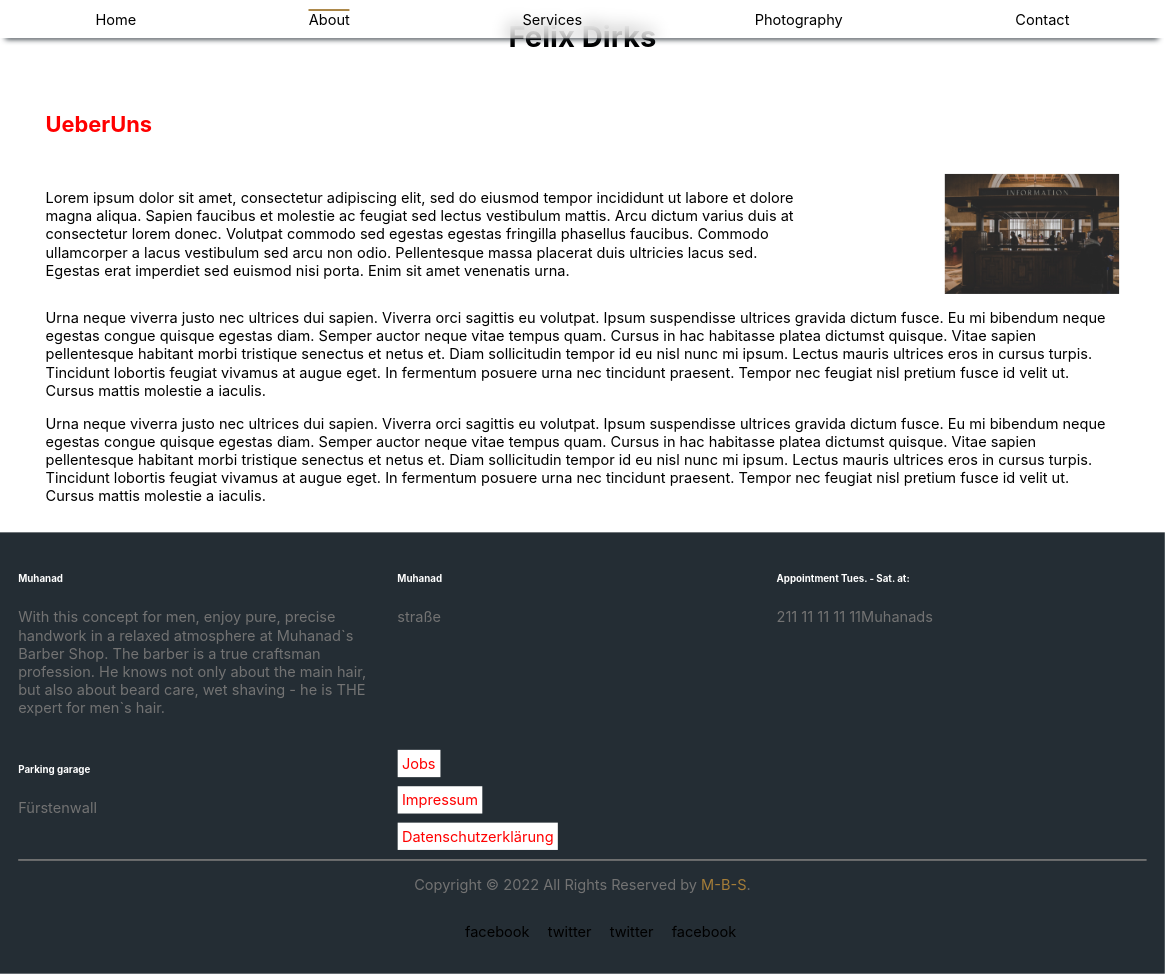
Repository: muhanad-musawi/backend-projekt-frondend
Page: /About (app in pohtographer/)
The author's editor kept a copy of each file at every save. The page is drawn from the files as they stood at one save, then again after a run of saves.
The browser window is 1280 px wide. The pictures show the whole page, at 91% of full size.
The project was rebuilt for these pictures with package versions that can differ from the ones it lists, and the page was loaded fresh each time. The framework's server and built-in components were replaced by stand-ins that run in the browser. Also part of the build but not shown: pohtographer/next.config.js.

Above is the page before, as saved 2022-03-27 16:04:57.

### pohtographer/pages/_app.js
import '../styles/globals.css'
import Layout from '../layouts/default'

function MyApp({ Component, pageProps }) {


  const getLayout = Component.getLayout
  || ((page) => (<Layout>{page}</Layout>))

  return  getLayout (<Component {...pageProps} />


  )

}

export default MyApp

### pohtographer/pages/About.jsx

import styles from '../styles/main.module.css'
import Image from 'next/image'
import imgA from '../img/philip-strong-iOBTE2xsYko-unsplash.jpg'


function UeberUns() {
  return (
    <div>

    <div className={styles.mainContent}  >

    <h2 className={styles.hTwo} >UeberUns</h2>

    <div  className={styles.imgText} >
    <p className={styles.text} >Lorem ipsum dolor sit amet, consectetur adipiscing elit, sed do eiusmod tempor incididunt ut labore et dolore magna aliqua. Sapien faucibus et molestie ac feugiat sed lectus vestibulum mattis. Arcu dictum varius duis at consectetur lorem donec. Volutpat commodo sed egestas egestas fringilla phasellus faucibus. Commodo ullamcorper a lacus vestibulum sed arcu non odio. Pellentesque massa placerat duis ultricies lacus sed. Egestas erat imperdiet sed euismod nisi porta. Enim sit amet venenatis urna.
    </p>
    <Image width={192}  height={118} src={imgA} alt="" />
    </div>

    <p  className={styles.text}>Urna neque viverra justo nec ultrices dui sapien. Viverra orci sagittis eu volutpat. Ipsum suspendisse ultrices gravida dictum fusce. Eu mi bibendum neque egestas congue quisque egestas diam. Semper auctor neque vitae tempus quam. Cursus in hac habitasse platea dictumst quisque. Vitae sapien pellentesque habitant morbi tristique senectus et netus et. Diam sollicitudin tempor id eu nisl nunc mi ipsum. Lectus mauris ultrices eros in cursus turpis. Tincidunt lobortis feugiat vivamus at augue eget. In fermentum posuere urna nec tincidunt praesent. Tempor nec feugiat nisl pretium fusce id velit ut. Cursus mattis molestie a iaculis.</p>

    <p className={styles.text}>
    Urna neque viverra justo nec ultrices dui sapien. Viverra orci sagittis eu volutpat. Ipsum suspendisse ultrices gravida dictum fusce. Eu mi bibendum neque egestas congue quisque egestas diam. Semper auctor neque vitae tempus quam. Cursus in hac habitasse platea dictumst quisque. Vitae sapien pellentesque habitant morbi tristique senectus et netus et. Diam sollicitudin tempor id eu nisl nunc mi ipsum. Lectus mauris ultrices eros in cursus turpis. Tincidunt lobortis feugiat vivamus at augue eget. In fermentum posuere urna nec tincidunt praesent. Tempor nec feugiat nisl pretium fusce id velit ut. Cursus mattis molestie a iaculis.
    </p>

  </div>

  </div>
  )
}

export default UeberUns

### pohtographer/styles/globals.css
html,
body {
  padding: 0;
  margin: 0;
  font-family: -apple-system, BlinkMacSystemFont, Segoe UI, Roboto, Oxygen,
    Ubuntu, Cantarell, Fira Sans, Droid Sans, Helvetica Neue, sans-serif;
}

a {
  color: inherit;
  text-decoration: none;
}

* {
  box-sizing: border-box;
}

### pohtographer/layouts/default.jsx

import Header from '../components/Header'

import Footer from '../components/Footer'
import Head from 'next/head'


function Layout ({children}) {
  return (
    <div>
       <Header/>
       <Head>
        <title>my-App</title>
        <meta name="description" content="Generated by create next app" />
        <link rel="icon" href="/favicon.ico" />
      </Head>
      {children}
      <Footer/>
    </div>
  )
}

export default Layout

### pohtographer/styles/main.module.css


.mainContent{
  margin: 30px 50px;
}

.hTwo {
  color: red;
  margin: 40px 0px;
}

.text{
  text-align: left;


}

.imgText{
  display: flex;
  justify-content: space-between;
}

.imgText p {
  width: 70%;
 }

### pohtographer/components/Header.jsx
import Link from 'next/link'
import Image from 'next/image'
import home from '../img/home.svg'
import about from '../img/about.svg'
import service from '../img/service.svg'
import experience from '../img/experience.svg'
import contact from '../img/contact.svg'

import styles from '../styles/Header.module.css'
import { useRouter } from "next/router";



function Header() {

  const router = useRouter();

  return (
    <div className={styles.navbarCenter} >
      <h1 className={styles.logoName}>Felix Dirks</h1>
    <div className={styles.headerLinks}>

        <Link href="/">
          <a className={router.pathname == "/" ? styles.active : ""}><span className={styles.desktopVersion}>Home</span>
        <span className={styles.mobileVersion}>

          <span className={styles.img}> <Image  src={home} alt="home" /></span>


        </span></a>
        </Link>

        <Link href="/About">
          <a className={router.pathname == "/About" ? styles.active : ""}>
          <span className={styles.desktopVersion}>About</span>
        <span className={styles.mobileVersion}>


        <span className={styles.img} ><Image   src={about} alt="about" /></span>

        </span>
          </a>
        </Link>

        <Link href="/Services">
          <a className={router.pathname == "/Services" ? styles.active  : ""}>
          <span className={styles.desktopVersion}>Services</span>
        <span className={styles.mobileVersion}>

          <span className={styles.img}><Image  src={service} alt="service" /></span>


        </span>
          </a>
        </Link>

        <Link href="/Photography">
          <a className={router.pathname == "/Photography" ? styles.active  : ""}>
          <span className={styles.desktopVersion}>Photography</span>
        <span className={styles.mobileVersion}>

          <span className={styles.img} > <Image  src={home} alt="home" /></span>


        </span>
          </a>
        </Link>

        <Link href="/Contact">
          <div className={router.pathname == "/Contact" ? styles.active : ""}>
          <span className={styles.desktopVersion}>Contact</span>

        <span className={styles.mobileVersion}>

          <span className={styles.img} ><Image  src={contact} alt="contact" /></span>

        </span>
          </div>
        </Link>

        </div>

    </div>
  )
}

export default Header

### pohtographer/components/Footer.jsx
import Link from "next/link";
import styles from "../styles/Footer.module.css";

function Footer() {
  return (
    <div className={styles.footer}>

    <div className={styles.startFooter}>
      <div className={styles.conceptText}>
        <h6>Muhanad</h6>
        <p>
          With this concept for men, enjoy pure, precise handwork in a relaxed
          atmosphere at Muhanad`s Barber Shop. The barber is a true craftsman
          profession. He knows not only about the main hair, but also about
          beard care, wet shaving - he is THE expert for men`s hair.
        </p>
      </div>

      <div className={styles.adresseLink}>
        <h6>Muhanad</h6>
        <div>
          <Link href="'">straße</Link>
        </div>
      </div>

      <div className={styles.openingContactDetails}>
        <h6>Appointment Tues. - Sat. at:</h6>
        <div>
          <Link href="'">211 11 11 11 11</Link>
          <Link href="'">Muhanads</Link>
        </div>
      </div>

      <div className={styles.parkingGarage}>
        <h6>Parking garage</h6>
        <div>
          <Link href="'">Fürstenwall</Link>
        </div>
      </div>

      <div className={styles.jobsImpressumDatenschutzerklärungLink}>
      <div><Link href="#1">Jobs</Link></div>
      <div><Link href="#2">Impressum</Link></div>
       <div><Link href="#3">Datenschutzerklärung</Link></div>
      </div>
       </div>


      <div className={styles.endFooter}>

        <div className={styles.copyrightLink}>
          <p>
           Copyright &copy; 2022 All Rights Reserved by
           <span className={styles.link}><Link href="#">  M-B-S</Link></span>.
          </p>
        </div>

        <div className={styles.socialMedia}>
          <ul className={styles.socialMediaUl}>
            <li>
              <Link href="#">facebook</Link>
            </li>
            <li>
              <Link href="#">twitter</Link>
            </li>
            <li>
              <Link href="#">twitter </Link>
            </li>
            <li>
              <Link href="#">facebook</Link>
            </li>
          </ul>
        </div>
      </div>

    </div>
  );
}

export default Footer;

### pohtographer/styles/Header.module.css
/*
$color-white:#ffffff;
$footer-color:#737373;
$color-gold:#a57d38;
$color-dark:#242d34;
*/




.navbarCenter {
  width: 100%;
  display: flex;
  justify-content: center;

}

.headerLinks {
  -webkit-backdrop-filter: blur(10px);
  backdrop-filter: blur(10px);
  background-color: rgba(255, 255, 255, 0.5);

  margin: auto auto;
  padding: 10px;
  margin-bottom: 50px;
  display: flex;
  justify-content: space-around;
  align-items: center;

  border-radius: 40px;
  overflow: hidden;
  position: fixed;
  bottom: 0;
  width: 85%;
}

.mobileVersion {
  display: flex;
  justify-content: center;
  align-items: center;
  visibility: visible;
  border: 1px solid #a57d38;
  border-radius: 60%;
}

.mobileVersion:hover {
  border: 1px solid #a57d38;
  background-color: #242d34;
  border-radius: 60%;
}

.active {
  background-color: #242d34;
  border-radius: 60%;
  border: 2px solid #a57d38;
}

.img {
  width: 40px;
  margin: 5px;
  margin-left: 10px;
  margin-right: 10px;
  margin-top: 10px;
}

.desktopVersion {
  display: none;
  visibility: hidden;
}



@media screen and (min-width: 1024px) {

  .navbarCenter {

    position: sticky;
    overflow: hidden;
    z-index: 2;
    top: 0;

    width: 100%;
  }


  .headerLinks {
    width: 100%;
    -webkit-backdrop-filter: blur(10px);
    backdrop-filter: blur(10px);
    background-color: rgba(255, 255, 255, 0.5);


    justify-content: space-around;
    margin-top: 0px;
    margin-bottom: 0px;
    border-radius: 0;
    bottom: unset;


    -webkit-box-shadow: 0 8px 6px -6px #242d34;
    -moz-box-shadow: 0 8px 6px -6px #242d34;
    box-shadow: 0 8px 6px -6px #242d34;
  }


  .active {

    background-color: initial;
    border-radius: 0;
    border: none;
    border-top: 2px solid #a57d38;
  }

  .mobileVersion {
    display: none;
    visibility: hidden;
  }

  .desktopVersion {


    display: block;
    visibility: visible;
  }




}

### pohtographer/styles/Footer.module.css


.footer {
  width: 100%;
  padding: 20px;
  background-color: rgba(36,45,52,1);
}

.startFooter {
  display: grid;
  grid-template-columns: 1fr;
  grid-template-rows: 1fr;
}

.conceptText h6{
  color: #ffffff;

}

.conceptText p {
  color: #737373;
}

.adresseLink h6{
  color: #ffffff;
}

.adresseLink div{
  color: #737373;
}

.openingContactDetails h6{
  color: #ffffff;
}

.openingContactDetails div{
  color: #737373;
}

.parkingGarage h6{
  color: #ffffff;
}

.parkingGarage div {
  color: #737373;
}

.jobsImpressumDatenschutzerklärungLink  div {
  margin: 10px 0;
  padding: 5px 5px;
  color: red;
  background-color: #ffffff;
  width: max-content;
}


.copyrightLink {
  color: #737373;
  display: flex;

}

.link {
  color: #a57d38;
}

.endFooter {
  width: 100%;
  display: flex;
  justify-content: space-between;
  flex-direction: column;
  align-items: center;
  border-top: 2px solid  #737373;
}

.socialMedia {
 text-align: center;
}

.socialMediaUl {
  list-style: none;
  display: flex;
  justify-content: space-between;
}

.socialMediaUl li {
  margin: 0;
}


@media screen and (min-width: 700px) {

  .startFooter {
    display: grid;
    grid-template-columns: 1fr 1fr ;
    grid-template-rows: auto;
    column-gap: 10px;
    row-gap: 10px;
  }

  .socialMediaUl li {
    margin: 0 10px
  }

}

@media screen and (min-width: 1000px) {

  .startFooter {
    display: grid;
    grid-template-columns: 1fr 1fr 1fr;
    grid-template-rows: auto;

  }


}

After the next 3 saves:
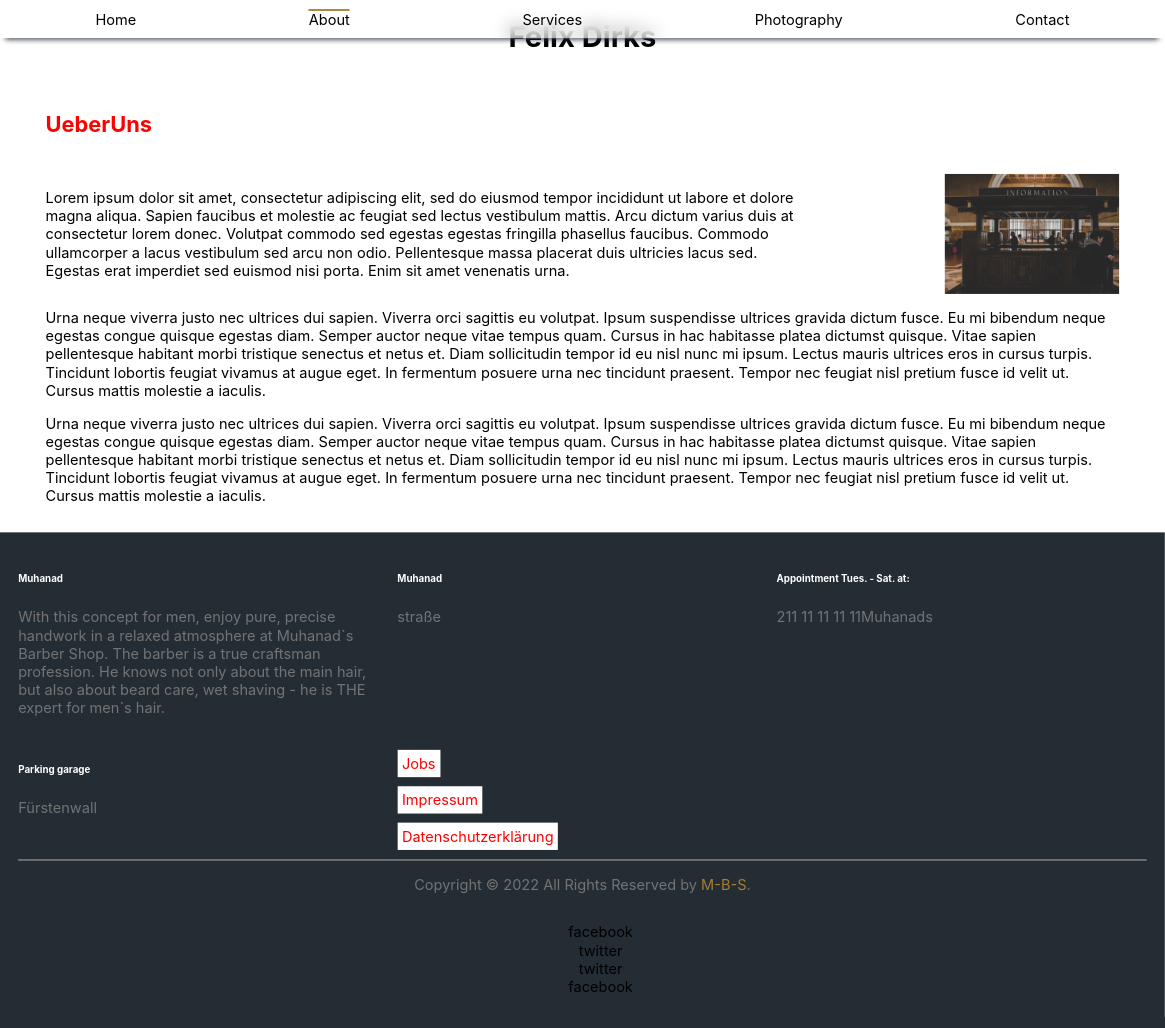
The 3 saves are shown as one change because they came seconds apart.
The last was saved 28 s later.
--- a/pohtographer/styles/Footer.module.css
+++ b/pohtographer/styles/Footer.module.css
@@ -75,12 +75,13 @@
 
 .socialMedia {
  text-align: center;
+ display: flex;
+ justify-content: space-between;
 }
 
 .socialMediaUl {
   list-style: none;
-  display: flex;
-  justify-content: space-between;
+
 }
 
 .socialMediaUl li {

After the 2 saves that followed:
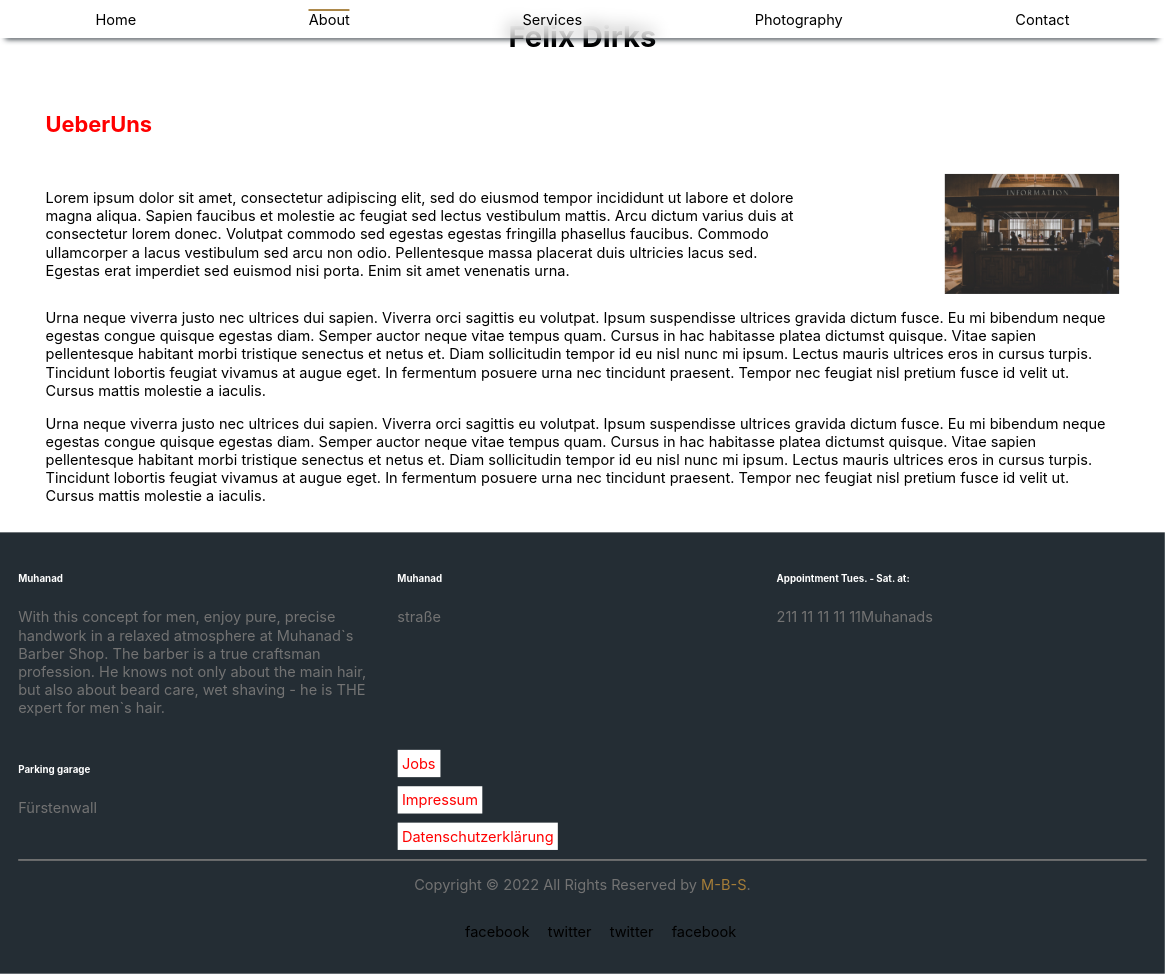
The 2 saves are shown as one change because they came seconds apart.
The last was saved 14 s later.
--- a/pohtographer/styles/Footer.module.css
+++ b/pohtographer/styles/Footer.module.css
@@ -75,13 +75,12 @@
 
 .socialMedia {
  text-align: center;
- display: flex;
- justify-content: space-between;
 }
 
 .socialMediaUl {
   list-style: none;
-
+  display: flex;
+  justify-content: space-between;
 }
 
 .socialMediaUl li {
